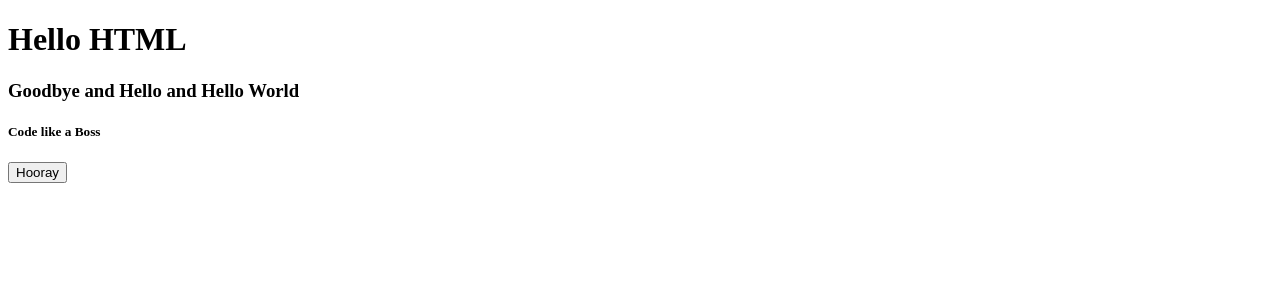
Repository: amilevich/1028PegaUSF
Page: workspace-sts-3.9.4.RELEASE/HelloHTML/src/main/webapp/index.html
The author's editor kept a copy of each file at every save. The page is drawn from the files as they stood at one save, then again after the next save.
The browser window is 1280 px wide. The pictures show the whole page.

Above is the page before, as saved 2019-11-21 19:59:08.

### workspace-sts-3.9.4.RELEASE/HelloHTML/src/main/webapp/index.html
<!DOCTYPE html>
<html>
<head>
<meta charset="UTF-8">
<title>Super Amazing Web Page</title>
</head>
<body>

<h1>Hello HTML</h1>
<h3>Goodbye and Hello and Hello World</h3>
<h5>Code like a Boss</h5>

<button>Hooray</button>

</body>
</html>

After the next save:
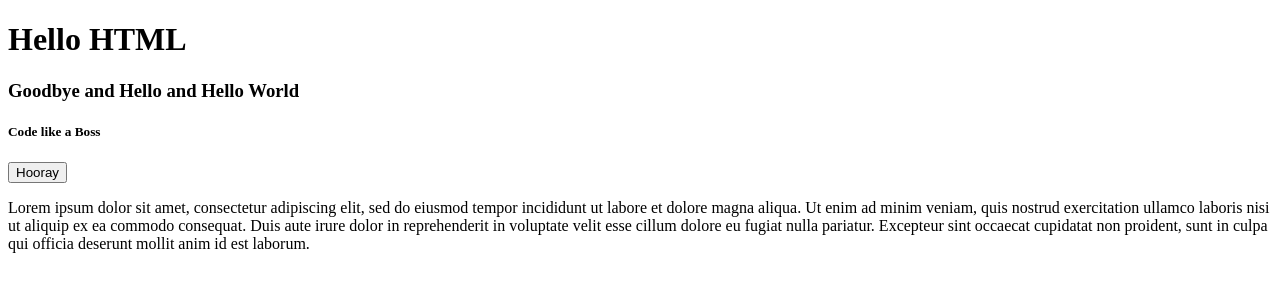
Saved 3 min 32 s later.
--- a/workspace-sts-3.9.4.RELEASE/HelloHTML/src/main/webapp/index.html
+++ b/workspace-sts-3.9.4.RELEASE/HelloHTML/src/main/webapp/index.html
@@ -6,11 +6,20 @@
 </head>
 <body>
 
-<h1>Hello HTML</h1>
-<h3>Goodbye and Hello and Hello World</h3>
-<h5>Code like a Boss</h5>
+	<h1>Hello HTML</h1>
+	<h3>Goodbye and Hello and Hello World</h3>
+	<h5>Code like a Boss</h5>
 
-<button>Hooray</button>
+	<button>Hooray</button>
 
+	<!-- This is a comment -->
+
+	<p>Lorem ipsum dolor sit amet, consectetur adipiscing elit, sed do
+		eiusmod tempor incididunt ut labore et dolore magna aliqua. Ut enim ad
+		minim veniam, quis nostrud exercitation ullamco laboris nisi ut
+		aliquip ex ea commodo consequat. Duis aute irure dolor in
+		reprehenderit in voluptate velit esse cillum dolore eu fugiat nulla
+		pariatur. Excepteur sint occaecat cupidatat non proident, sunt in
+		culpa qui officia deserunt mollit anim id est laborum.</p>
 </body>
 </html>
